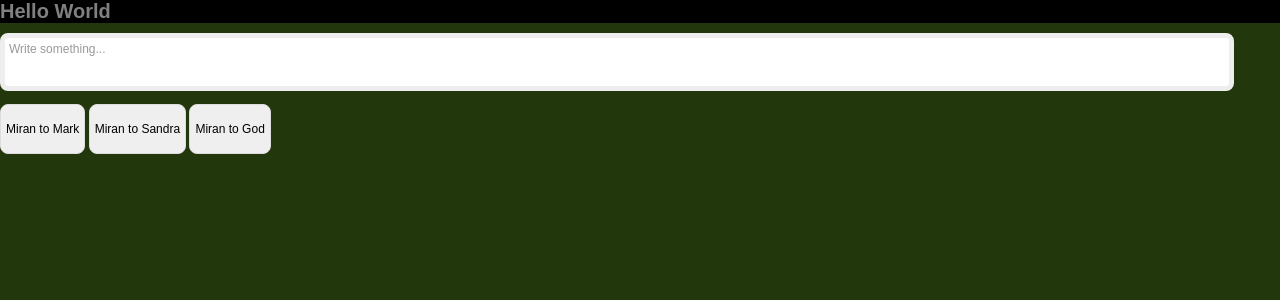
Repository: mbadzak/bazukalator
Page: Bazukalator/assets/www/index.html
The author's editor kept a copy of each file at every save. The page is drawn from the files as they stood at one save, then again after the next save.
The browser window is 1280 px wide. The pictures show the whole page.

Above is the page before, as saved 2012-10-14 05:57:43.

After the next save:
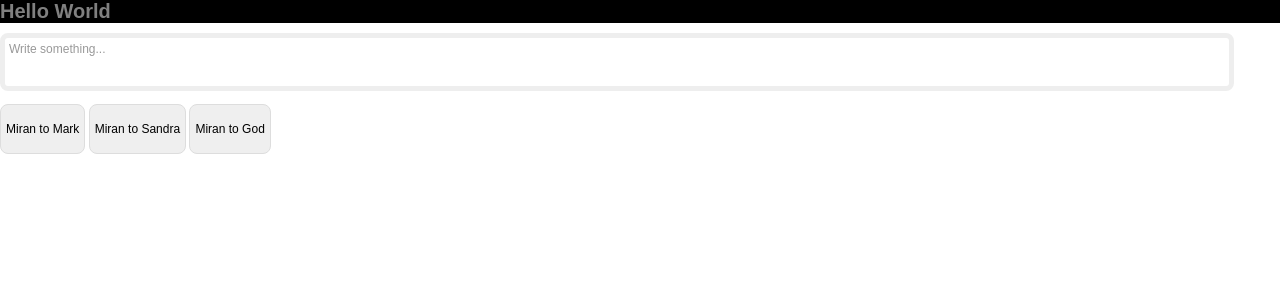
Saved 29 s later.
--- a/Bazukalator/assets/www/style.css
+++ b/Bazukalator/assets/www/style.css
@@ -6,11 +6,6 @@
 body {
  	margin: 0px;
  	text-align: center;
-	background-image: url(img/bg7.jpg);
-	background-size: 100%;
-	background-attachment: fixed;
-	background-repeat: repeat-x;
-	background-color: #22370B;
 }
 textarea {
 	resize: none;
